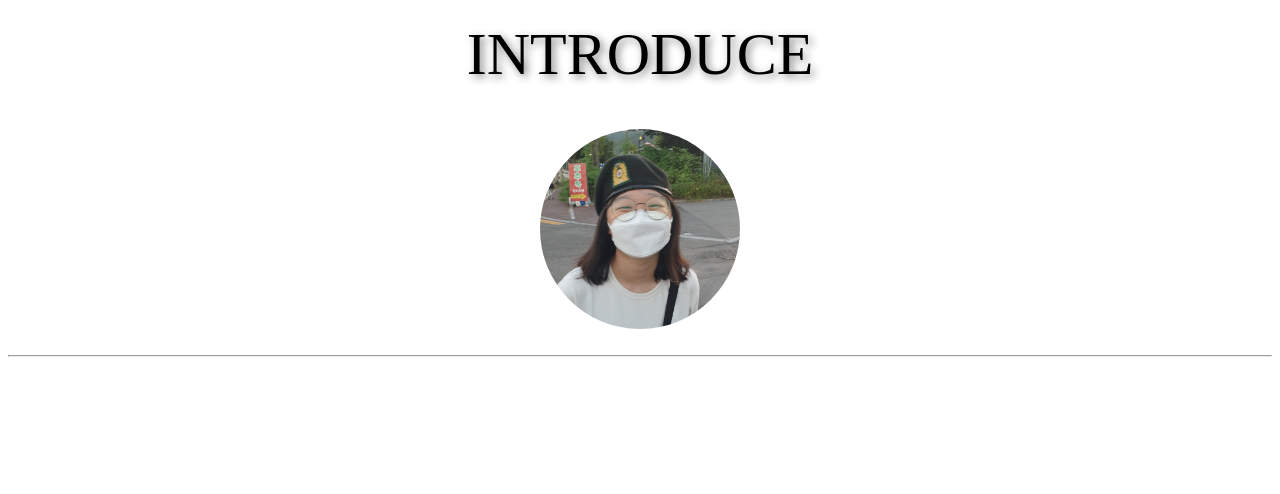
Repository: papav-hub/Web_Study
Page: ChoiHyeMin_reg/src/main/webapp/introduce.html
An editor plug-in stored every save of this project. The page is shown before and after the next save, followed by the edit.
The browser window is 1280 px wide. The pictures show the whole page.

Above is the page before, as saved 2021-10-03 19:07:21.

After the next save:
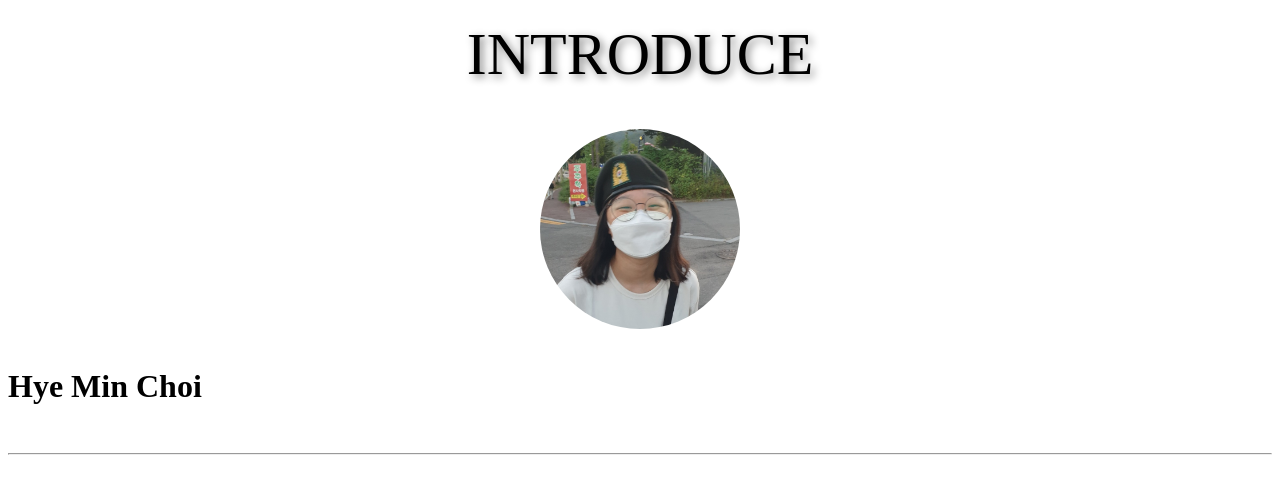
Saved 68 s later.
--- a/ChoiHyeMin_reg/src/main/webapp/introduce.html
+++ b/ChoiHyeMin_reg/src/main/webapp/introduce.html
@@ -32,6 +32,8 @@
     	<img class="profile" src="resources/ChoiHyeMin01.jpg">
 	</div>
 	<br>
+	<h1> Hye Min Choi </h1>
+	<br>
 	<hr>
 	<br>
 
